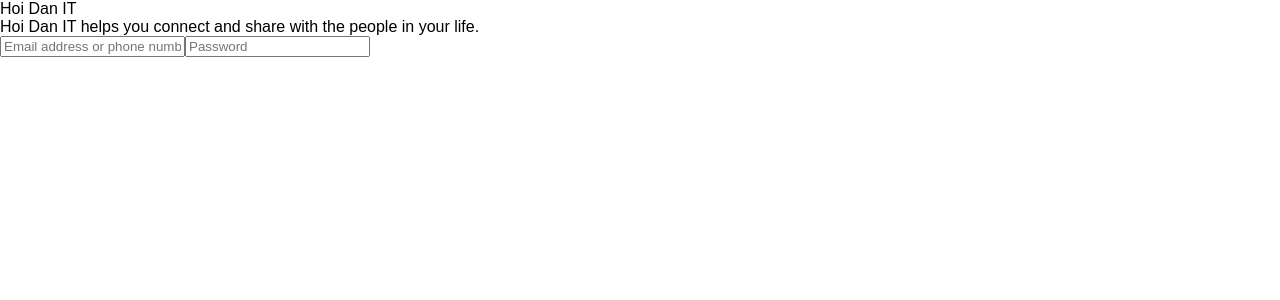
Repository: minhtien9/jwt_Reactjs_Frontend
Page: /login
An editor plug-in stored every save of this project. The page is shown before and after the next save, followed by the edit.
The browser window is 1280 px wide. The pictures show the whole page.
The project was rebuilt for these pictures with package versions that can differ from the ones it lists, and the page was loaded fresh each time. Also part of the build but not shown: src/App.scss, src/components/Navigation/Nav.js.

Above is the page before, as saved 2022-05-22 22:54:05.

After the next save:
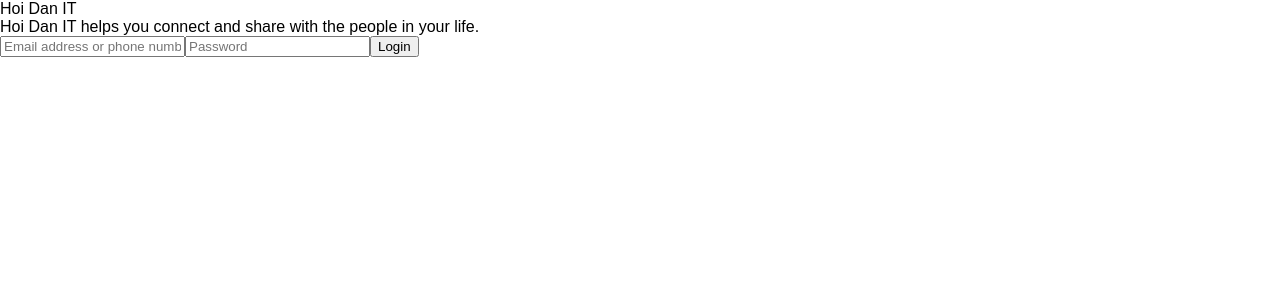
Saved 36 s later.
--- a/src/components/Login/Login.js
+++ b/src/components/Login/Login.js
@@ -23,6 +23,7 @@ const Login = (props) => {
                             className='form-control'
                             placeholder='Password'
                         />
+                        <button className='btn btn-primary'>Login</button>
                     </div>
                 </div>
             </div>
